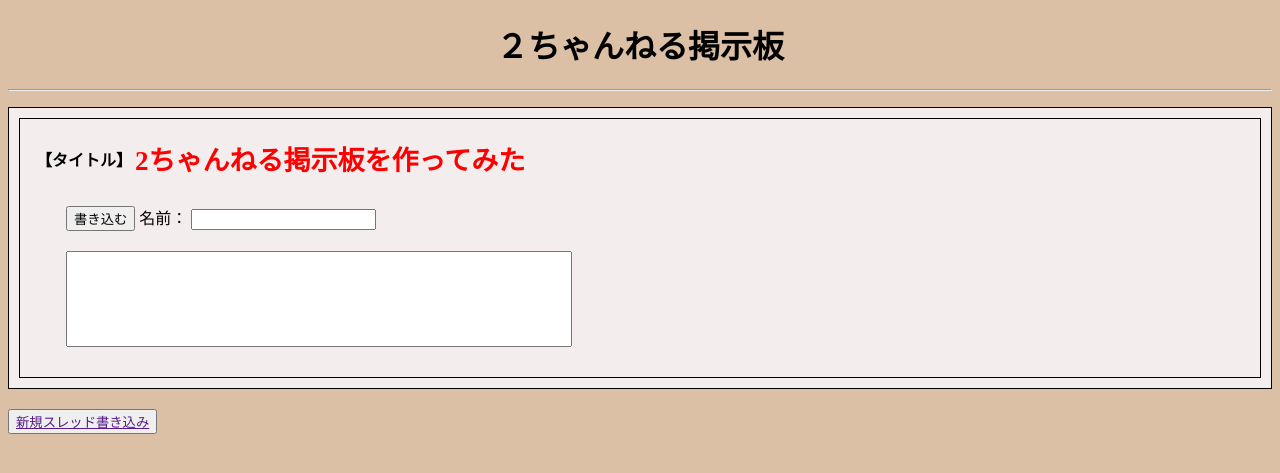
Repository: daidai0602/mba_portal
Page: http://localhost/
The author's editor kept a copy of each file at every save. The page is drawn from the files as they stood at one save, then again after a run of saves.
The browser window is 1280 px wide. The pictures show the whole page.
The page is run by PHP 8.4 with error messages shown; the project is at /var/www/html/. Queries for data that is not in the repository find no rows.

Above is the page before, as saved 2023-11-27 14:32:08.

### index.php
<?php
include_once("./app/database/connect.php");
?>

<!DOCTYPE html>
<html lang="ja">

<head>
  <meta charset="UTF-8">
  <meta name="viewport" content="width=device-width, initial-scale=1.0">
  <title>2ちゃんねる掲示板</title>
  <link rel="stylesheet" href="./assets/css/style.css">
</head>

<body>
  <?php include("app/parts/header.php"); ?>
  <?php include("app/parts/validation.php"); ?>
  <?php include("app/parts/thread.php"); ?>
  <?php include("app/parts/newThreadButton.php"); ?>
</body>
</html>

### app/database/connect.php
<?php
$user = "root";

//DBと接続
try{
  $pdo = new PDO('mysql:host=localhost;dbname=2chan-bbs', $user, "");
} catch (PDOException $error){
  echo $error->getMessage();
}

### app/parts/header.php
<header>
    <h1 class = "title">２ちゃんねる掲示板</h1>
    <hr>
  </header>

### app/parts/validation.php
<?php

include_once("./app/database/connect.php");

$error_message = array();

if (isset($_POST["submitButton"])) {

  //お名前入力チェック
  if(empty($_POST['username'])){
    $error_message["username"] = "お名前を入力してください。";
  }else {
    //エスケープ処理
    $escaped["username"] = htmlspecialchars($_POST["username"], ENT_QUOTES, "UTF-8");
  }
    //コメント入力チェック
  if(empty($_POST["body"])){
    $error_message["body"] = "コメントを入力してください。";
  } else {
    //エスケープ処理
    $escaped["body"] = htmlspecialchars($_POST["body"], ENT_QUOTES, "UTF-8");
  }

  if(empty($error_message)){
      $post_date = date("Y-m-d H:i:s");

      $sql = "INSERT INTO `comment` (`username`, `body`, `post_date`) VALUES (:username, :body, :post_date);";
      $statement = $pdo->prepare($sql);

      //値をセットする
      $statement->bindParam(":username", $escaped["username"], PDO::PARAM_STR);
      $statement->bindParam(":body", $escaped["body"], PDO::PARAM_STR);
      $statement->bindParam(":post_date", $post_date, PDO::PARAM_STR);

      $statement->execute();

  }
}

$comment_array = array();

//コメントデータをテーブルから取得
$sql = "SELECT * FROM comment";
$statement = $pdo->prepare($sql);
$statement->execute();

$comment_array = $statement;
// var_dump($comment_array->fetchAll());

?>

<!-- バリデーションチェックのエラー分吐き出し -->
  <?php if(isset($error_message)) : ?>
    <ul class="errorMessage">
      <?php foreach ($error_message as $error) : ?>
        <li><?php echo $error ?></li>
      <?php endforeach; ?>
    </ul>
  <?php endif; ?>

### app/parts/thread.php
<?php

include_once("./app/database/connect.php");
include("app/functions/comment_add.php");
include("app/functions/comment_get.php");
?>


<div class="threadWrapper">
    <div class="childWrapper">
      <div class= "threadTitle">
        <span>【タイトル】</span>
        <h1>2ちゃんねる掲示板を作ってみた</h1>
      </div>
      <?php include("commentSection.php"); ?>
      <?php include("commentForm.php"); ?>

    </div>
  </div>

### app/functions/comment_add.php
<?php
$error_message = array();

if (isset($_POST["submitButton"])) {

  //お名前入力チェック
  if(empty($_POST['username'])){
    $error_message["username"] = "お名前を入力してください。";
  }else {
    //エスケープ処理
    $escaped["username"] = htmlspecialchars($_POST["username"], ENT_QUOTES, "UTF-8");
  }
    //コメント入力チェック
  if(empty($_POST["body"])){
    $error_message["body"] = "コメントを入力してください。";
  } else {
    //エスケープ処理
    $escaped["body"] = htmlspecialchars($_POST["body"], ENT_QUOTES, "UTF-8");
  }

  if(empty($error_message)){
      $post_date = date("Y-m-d H:i:s");

      $sql = "INSERT INTO `comment` (`username`, `body`, `post_date`) VALUES (:username, :body, :post_date);";
      $statement = $pdo->prepare($sql);

      //値をセットする
      $statement->bindParam(":username", $escaped["username"], PDO::PARAM_STR);
      $statement->bindParam(":body", $escaped["body"], PDO::PARAM_STR);
      $statement->bindParam(":post_date", $post_date, PDO::PARAM_STR);

      $statement->execute();

  }
}

### app/functions/comment_get.php
<?php
$comment_array = array();

//コメントデータをテーブルから取得
$sql = "SELECT * FROM comment";
$statement = $pdo->prepare($sql);
$statement->execute();

$comment_array = $statement;
// var_dump($comment_array->fetchAll());

### app/parts/commentSection.php
<section>
        <?php foreach($comment_array as $comment) : ?>
          <article>
            <div class="wrapper">
              <div class="nameArea">
                <span>名前：</span>
                <p class="username"><?php echo $comment["username"]; ?></p>
                <time?>：<?php echo $comment["post_date"]; ?></time>
              </div>
              <p class="comment"><?php echo $comment["body"]; ?></p>
            </div>
          </article>
        <?php endforeach ?>

      </section>

### app/parts/commentForm.php
<form class="formWrapper" method="POST">
        <div>
          <input type="submit" value="書き込む" name="submitButton">
          <label>名前：</label>
          <input type="text" name="username">
        </div>
        <div>
          <textarea class="commentTextArea" name="body"></textarea>
        </div>
 </form>

### app/parts/newThreadButton.php
<div class="newThreadWrapper">
  <div class="newChildThreadWrapper">
    <button><a href="">新規スレッド書き込み</a></button>
  </div>

</div>

### assets/css/style.css
body {
  background-color: #dcc0a6;
}
.title {
  text-align: center;
  font-style: 34px;
}
.threadWrapper {
  background-color: #f3eded;
  padding: 10px;
  max-width: 1300px;
  margin: 0px auto;
  border: 1px solid black;
  margin-bottom: 20px;
}
.childWrapper {
  border: 1px solid black;
  padding: 10px;
}
.threadTitle {
  display: flex;
  align-items: center;
  font-weight: 600;
  margin-left: 6px;
  height: 60px;
}
.threadTitle h1{
  color: red;
  margin-left: 3px;
  font-size: 27px;
}
section {
  padding: 0 10px;
}
section .nameArea {
  display: flex;
  align-items: center;
  margin-bottom: -14px;
}

section .username {
  color: rgb(0, 128, 9);
  font-weight: 700;
}

section .comment {
  margin-top: 0;
  margin-left:20px;
}

.formWrapper {
  padding: 16px;
  margin-left: 20px;
}

.commentTextArea {
  margin-top: 20px;
  width: 500px;
  height: 90px;
  resize: none;
}

.errorMessage {
  color: red;
  margin-left: 70px;
}

/*新規スレッド*/
.newThreadWrapper {
  background-color: #;
}

After the next 3 saves:
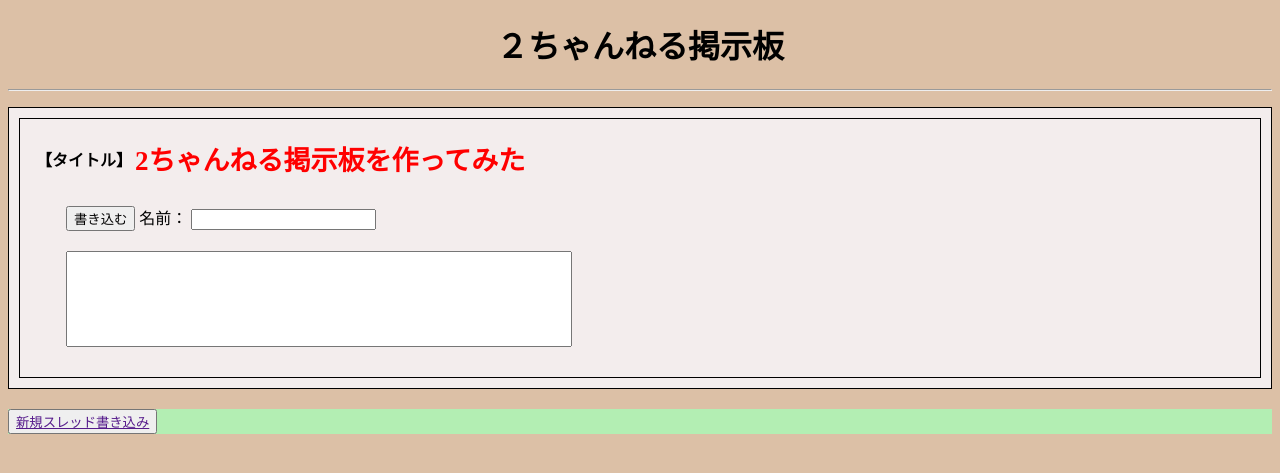
The 3 saves are shown as one change because they came seconds apart.
The last was saved 9 s later.
--- a/assets/css/style.css
+++ b/assets/css/style.css
@@ -67,5 +67,5 @@
 
 /*新規スレッド*/
 .newThreadWrapper {
-  background-color: #;
+  background-color: #b3eeb3;
 }
